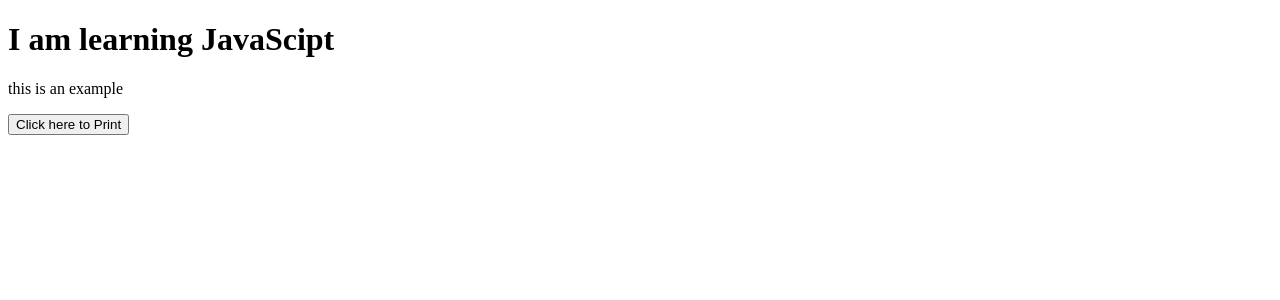
Repository: phulkeshwarmahto/CompleteJS
Page: index.html
The author's editor kept a copy of each file at every save. The page is drawn from the files as they stood at one save, then again after the next save.
The browser window is 1280 px wide. The pictures show the whole page.

Above is the page before, as saved 2025-06-24 16:20:02.

After the next save:
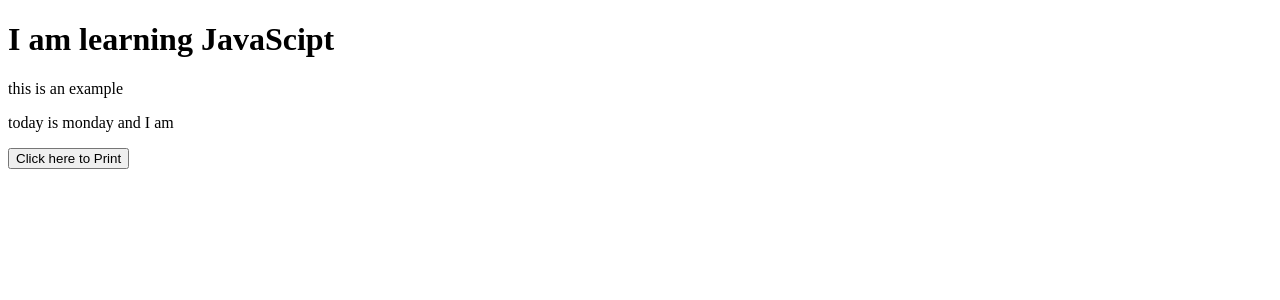
Saved 13 s later.
--- a/index.html
+++ b/index.html
@@ -9,7 +9,7 @@
     <h1 id="myH">I am learning JavaScipt
     </h1>
     <p id="myP">this is an example</p>
-    <p class="para" ></p>
+    <p class="para" >today is monday and I am </p>
     <button onclick="window.print()">
           Click here to Print
       </button>
